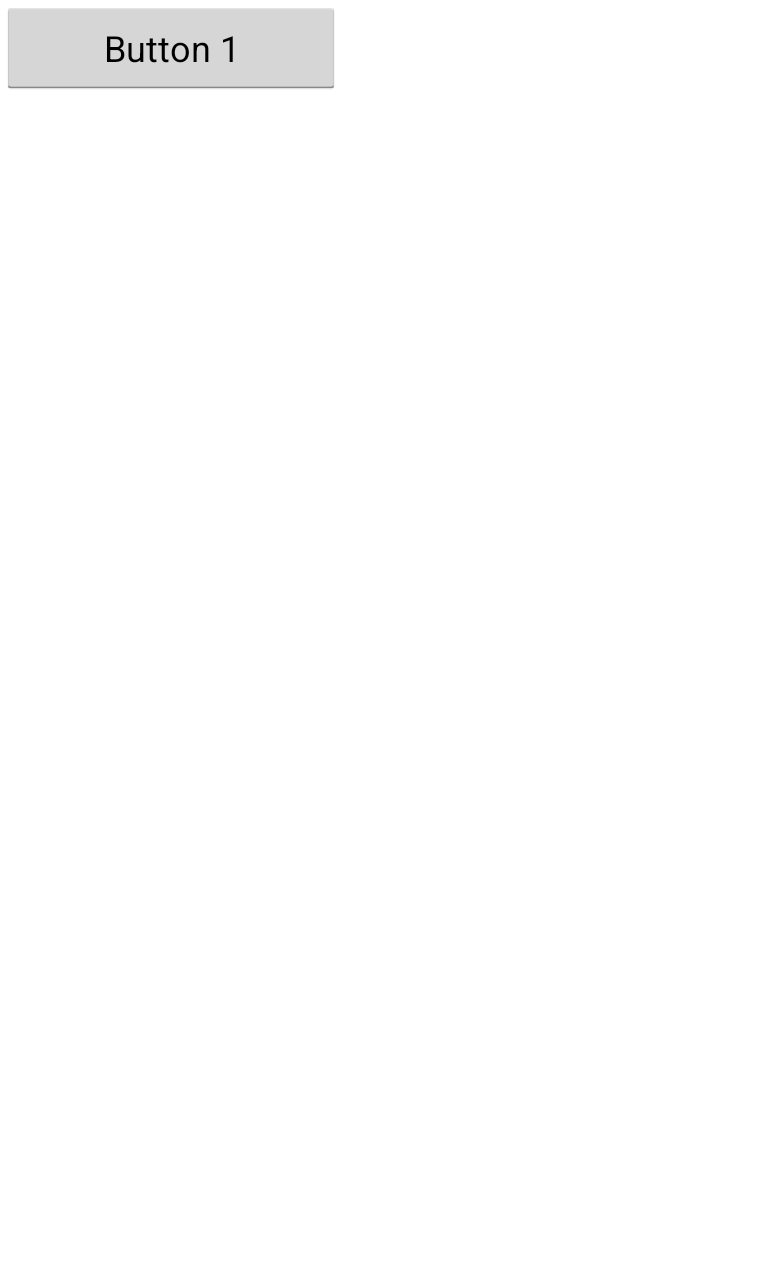
Repository: Lijianhao1995/Android
Layout: ActivityTest/res/layout/first_layout.xml
These files come from the project's save history. The layout is drawn as it stood at one moment and after the next save; the edit follows.
It is drawn on a 768 x 1280 px phone screen (xhdpi) without system bars, with theme AppTheme; the app's code is not run.

Above is the layout before, as saved 2015-04-26 08:11:27.

### ActivityTest/res/layout/first_layout.xml
<?xml version="1.0" encoding="utf-8"?>
<LinearLayout xmlns:android="http://schemas.android.com/apk/res/android"
    xmlns:tools="http://schemas.android.com/tools"
    android:layout_width="match_parent"
    android:layout_height="match_parent"
    android:orientation="vertical"
    tools:context=".FirstActivity" >

    <Button
        android:id="@+id/button_1"
        android:layout_width="171dp"
        android:layout_height="wrap_content"
        android:text="Button 1" />



</LinearLayout>

Loaded but not shown: ActivityTest/res/values/styles.xml (common file); ActivityTest/res/values-v11/styles.xml (common file); ActivityTest/res/values-v14/styles.xml (common file)

After the next save:
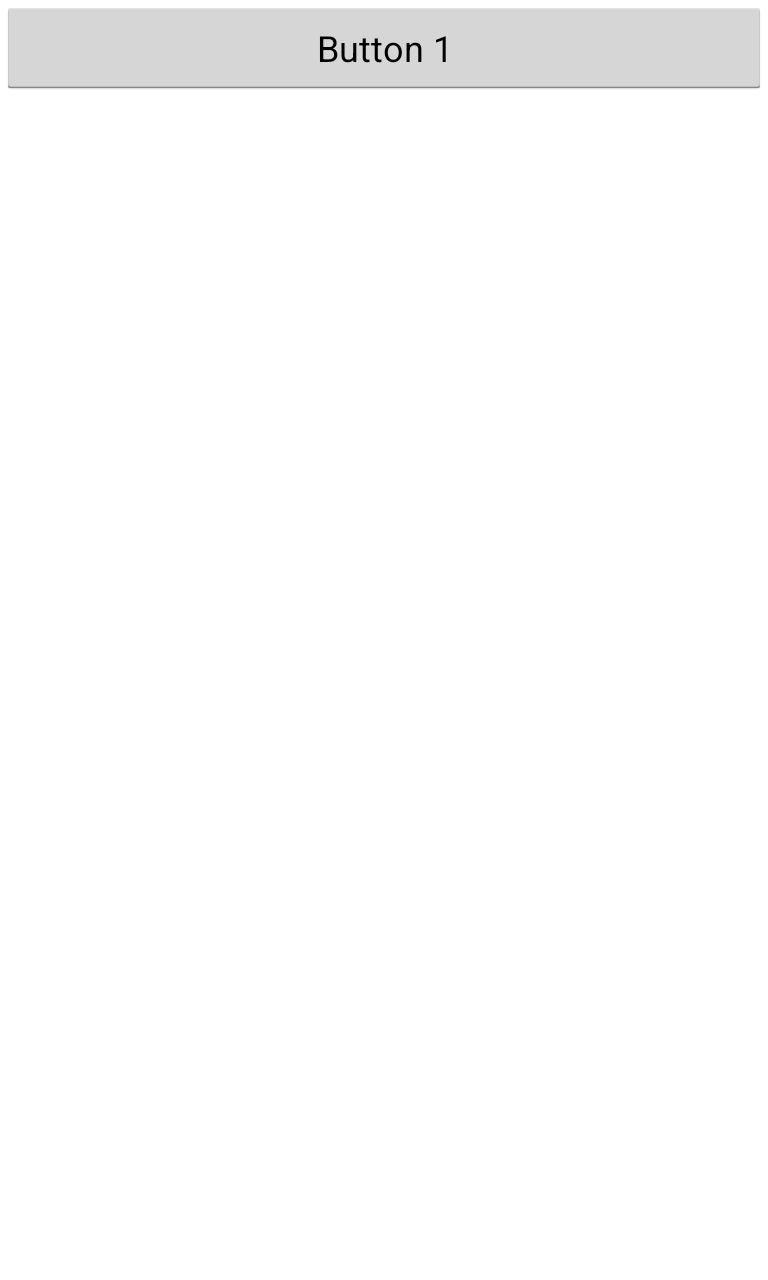
Saved 10 s later.
--- a/ActivityTest/res/layout/first_layout.xml
+++ b/ActivityTest/res/layout/first_layout.xml
@@ -8,7 +8,7 @@
 
     <Button
         android:id="@+id/button_1"
-        android:layout_width="171dp"
+        android:layout_width="fill_parent"
         android:layout_height="wrap_content"
         android:text="Button 1" />
 
